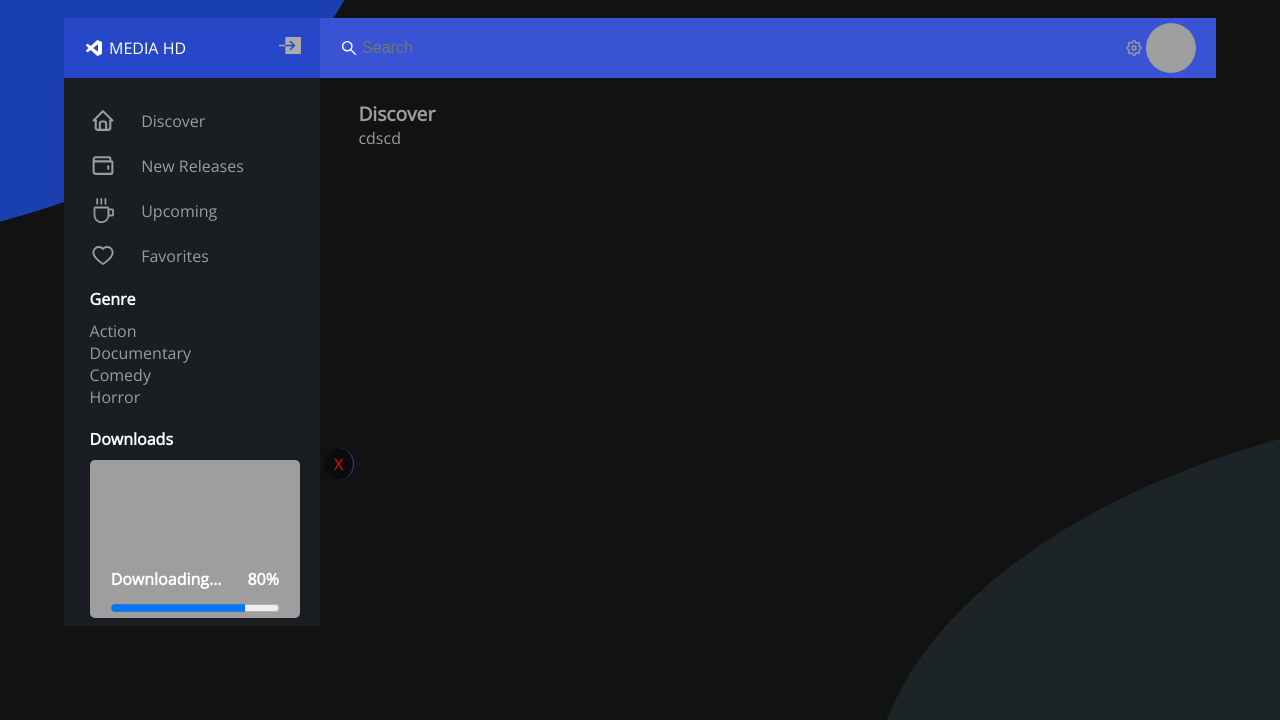
Repository: DevLaukey/movie-task
Page: /
These files come from the project's save history. The page is drawn as it stood at one moment and after the next save; the edit follows.
The browser window is 1280 px wide. The pictures show the whole page.
Pictures or frames that could not be fetched are drawn as grey boxes. The page's requests for data from a server got no answer. The project was rebuilt for these pictures with package versions that can differ from the ones it lists, and the page was loaded fresh each time. No one was signed in, and anything a server would have sent is missing. Also part of the build but not shown: src/components/Body/Movies.js, src/components/Body/Movie.js, src/components/Body/categories/Favorites.js, src/components/Body/categories/NewReleases.js, src/components/Body/categories/Upcoming.js.

Above is the page before, as saved 2022-06-19 14:05:23.

After the next save:
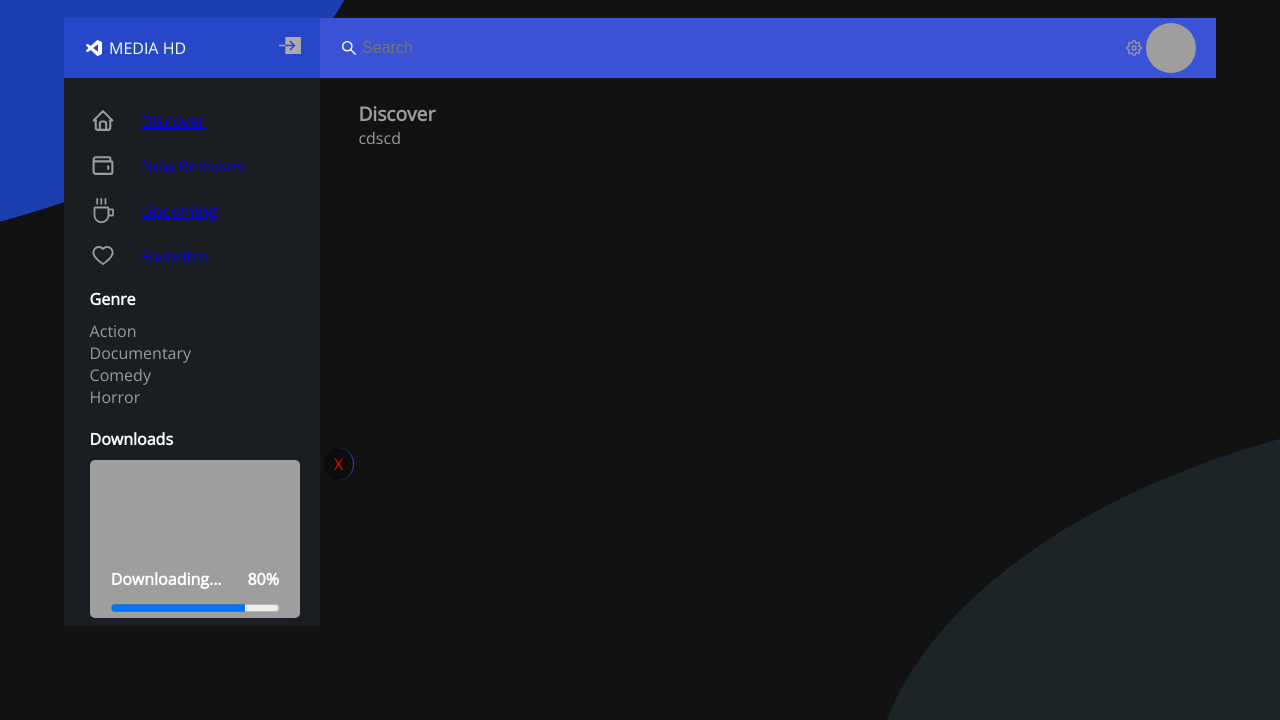
Saved 2 min 11 s later.
--- a/src/components/Sidebar/Links.js
+++ b/src/components/Sidebar/Links.js
@@ -2,6 +2,7 @@ import React from 'react'
 import { TbHome } from "react-icons/tb";
 import { BiWallet } from "react-icons/bi";
 import { AiOutlineHeart, AiOutlineCoffee } from "react-icons/ai";
+import { Link } from 'react-router-dom';
 
 
 function Links() {
@@ -9,20 +10,20 @@ function Links() {
     <nav className="sidebar__group">
       <div className="sidebar__option">
         <TbHome style={{ height: "25", width: "30" }} />
-        <p className="sidebar__option-text">Discover</p>
+        <Link to="/" className="sidebar__option-text">Discover</Link>
       </div>
       <div className="sidebar__option">
         <BiWallet style={{ height: "25", width: "30" }} />
-        <p className="sidebar__option-text">New Releases</p>
+        <Link to="/new-releases"className="sidebar__option-text">New Releases</Link>
       </div>
       <div className="sidebar__option">
         <AiOutlineCoffee style={{ height: "25", width: "30" }} />
-        <p className="sidebar__option-text">Upcoming</p>
+        <Link to="upcoming"className="sidebar__option-text">Upcoming</Link>
       </div>
       <div className="sidebar__option">
         <AiOutlineHeart style={{ height: "25", width: "30" }} />
 
-        <p className="sidebar__option-text">Favorites</p>
+        <Link to="favorites"className="sidebar__option-text">Favorites</Link>
       </div>
     </nav>
   );
